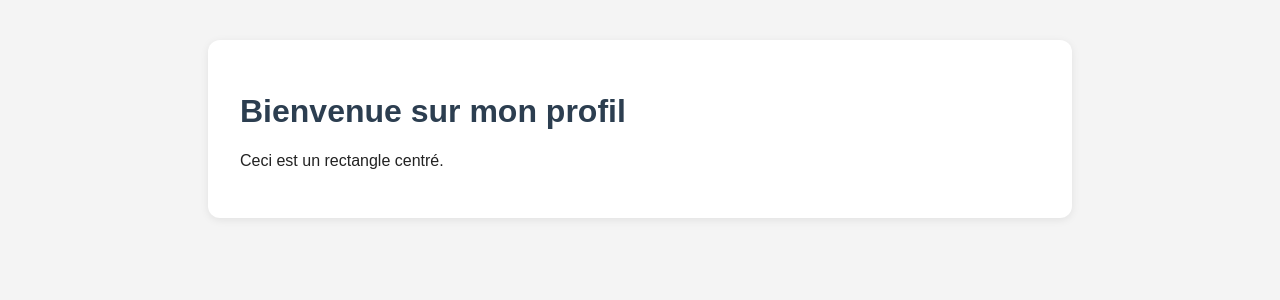
Repository: quadrinex/profile
Page: index.html
The author's editor kept a copy of each file at every save. The page is drawn from the files as they stood at one save, then again after the next save.
The browser window is 1280 px wide. The pictures show the whole page.

Above is the page before, as saved 2025-06-30 15:49:12.

### index.html
<!DOCTYPE html>
<html lang="fr">
<head>
    <meta charset="UTF-8">
    <meta name="viewport" content="width=device-width, initial-scale=1.0">
    <title>Mon Profil</title>
    <link rel="stylesheet" href="main.css">
</head>
<body>
    <!-- ...votre contenu ici... -->
    <div class="container">
        <h1>Bienvenue sur mon profil</h1>
        <p>Ceci est un rectangle centré.</p>
    </div>
</body>
</html>

### main.css
body {
    font-family: Arial, sans-serif;
    background: #f4f4f4;
    margin: 0;
    padding: 0;
    color: #222;
}

h1, h2, h3 {
    color: #2c3e50;
}

a {
    color: #3498db;
    text-decoration: none;
}

a:hover {
    text-decoration: underline;
}

.container {
    max-width: 800px;
    margin: 40px auto;
    background: #fff;
    padding: 32px;
    border-radius: 12px;
    box-shadow: 0 2px 8px rgba(0,0,0,0.08);
}

After the next save:
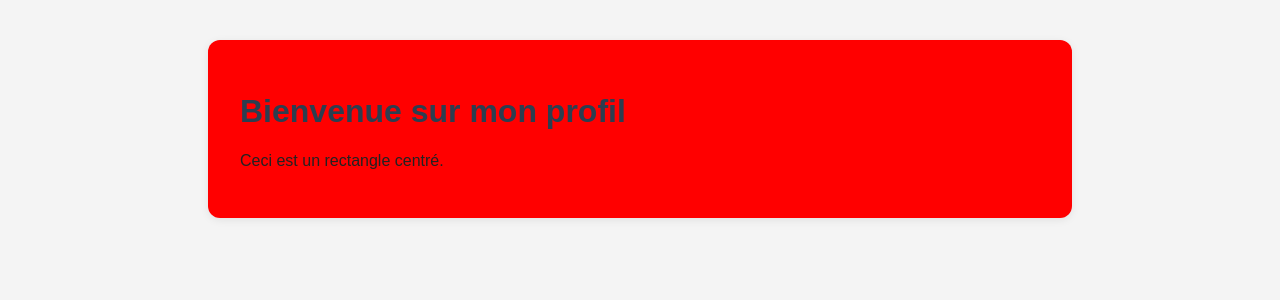
Saved 50 s later.
--- a/main.css
+++ b/main.css
@@ -22,7 +22,7 @@ a:hover {
 .container {
     max-width: 800px;
     margin: 40px auto;
-    background: #fff;
+    background: #ff0000;
     padding: 32px;
     border-radius: 12px;
     box-shadow: 0 2px 8px rgba(0,0,0,0.08);
